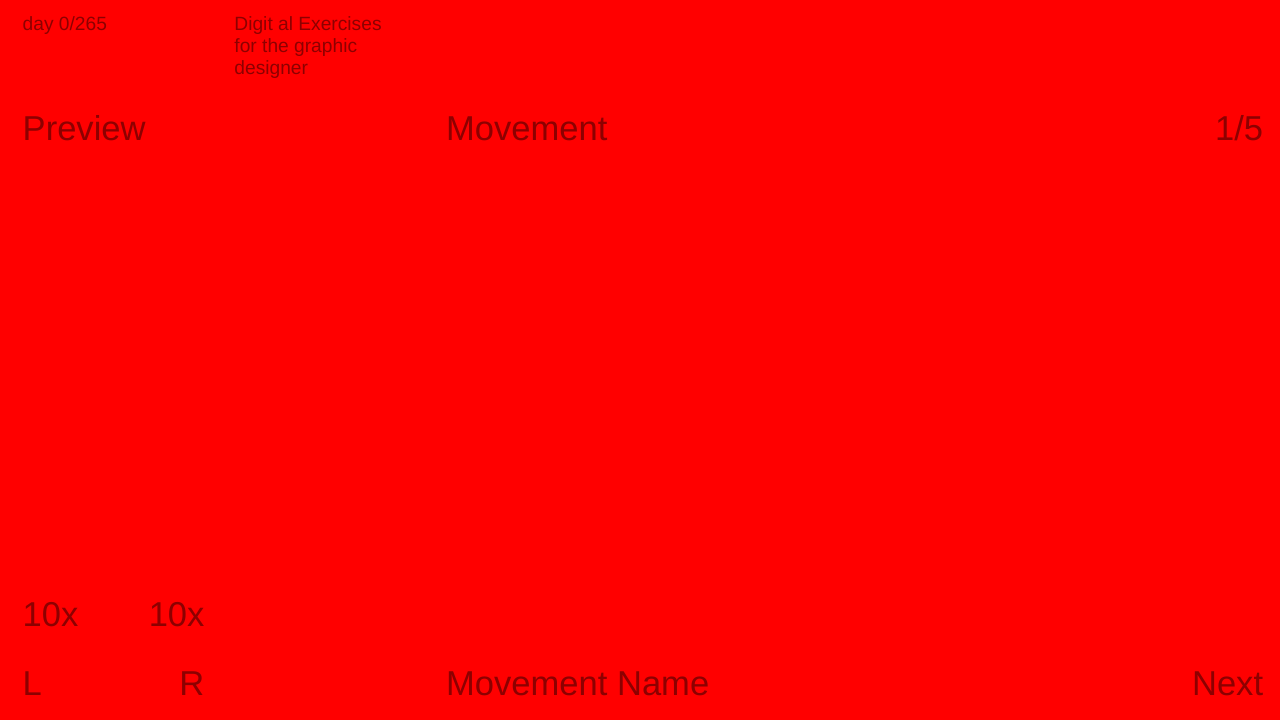
Repository: NoIdeasStudio/holiday-card-2024
Page: digit-al-exercises.html
The author's editor kept a copy of each file at every save. The page is drawn from the files as they stood at one save, then again after the next save.
The browser window is 1280 px wide. The pictures show the whole page.

Above is the page before, as saved 2024-12-04 12:51:07.

After the next save:
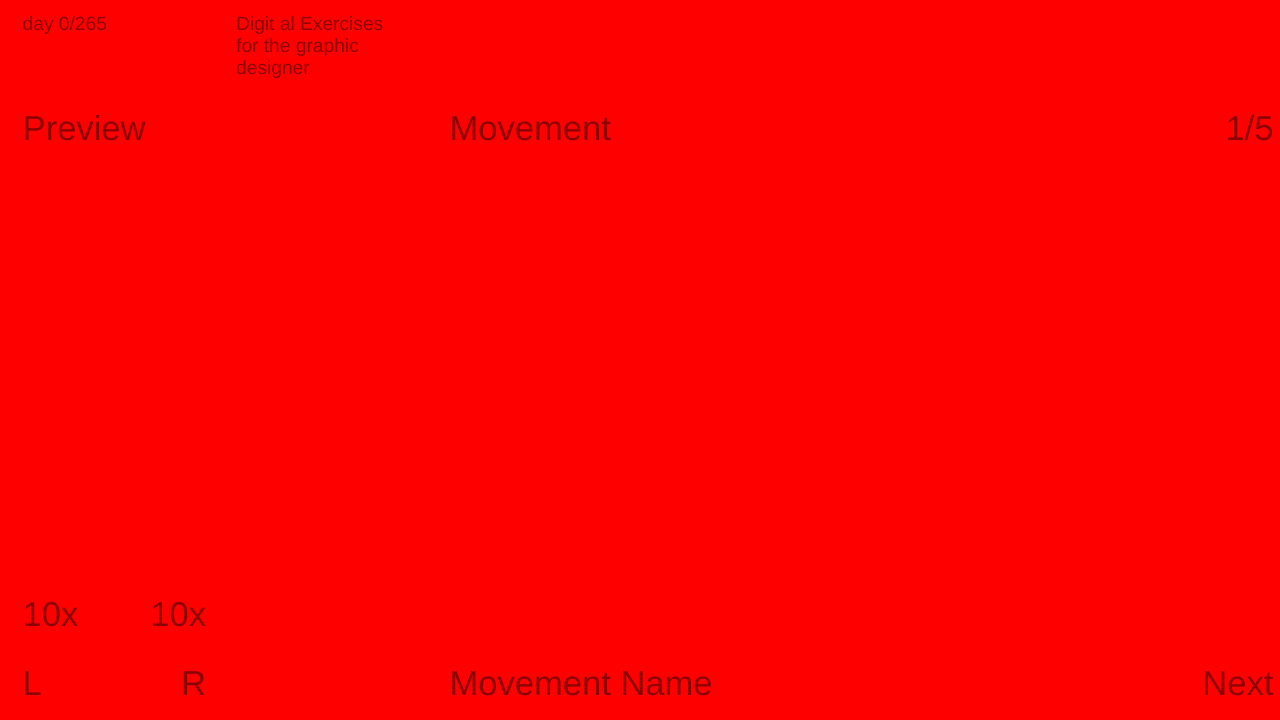
Saved 8 s later.
--- a/style.css
+++ b/style.css
@@ -15,7 +15,7 @@
     grid-template-rows: repeat(12, [row-start] 4fr);
     gap: 20px;
     padding-left: .5em;
-    padding-right: 20px;
+    padding-right: .5em;
     padding-bottom: 20px;
   }
 
